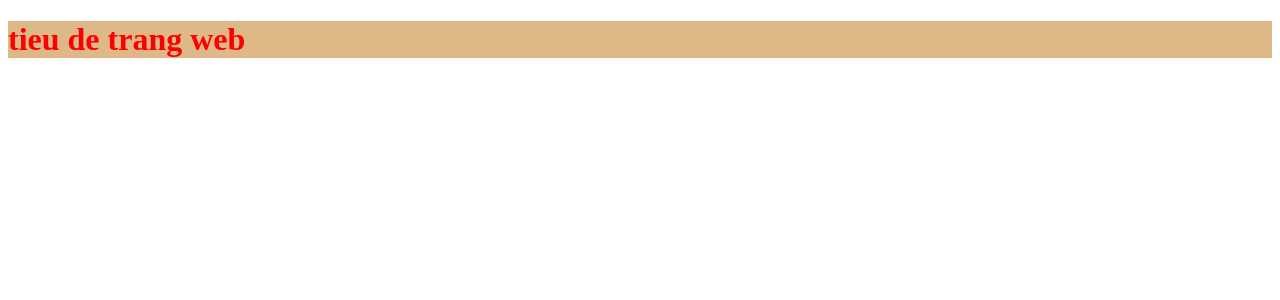
Repository: quocanh1010/quocanh1010.github.io
Page: Front End bai 1 2/index.html
The author's editor kept a copy of each file at every save. The page is drawn from the files as they stood at one save, then again after the next save.
The browser window is 1280 px wide. The pictures show the whole page.

Above is the page before, as saved 2021-04-16 20:17:50.

After the next save:
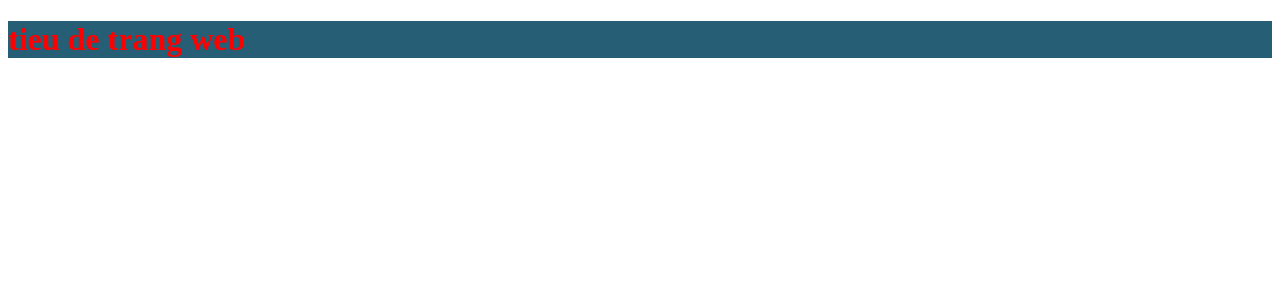
Saved 107 s later.
--- a/Front End bai 1 2/index.html
+++ b/Front End bai 1 2/index.html
@@ -11,7 +11,7 @@
     <style>
         h1 {
             color:red;
-            background: burlywood;
+            background: rgb(38, 95, 117);
         }
     </style>
 
